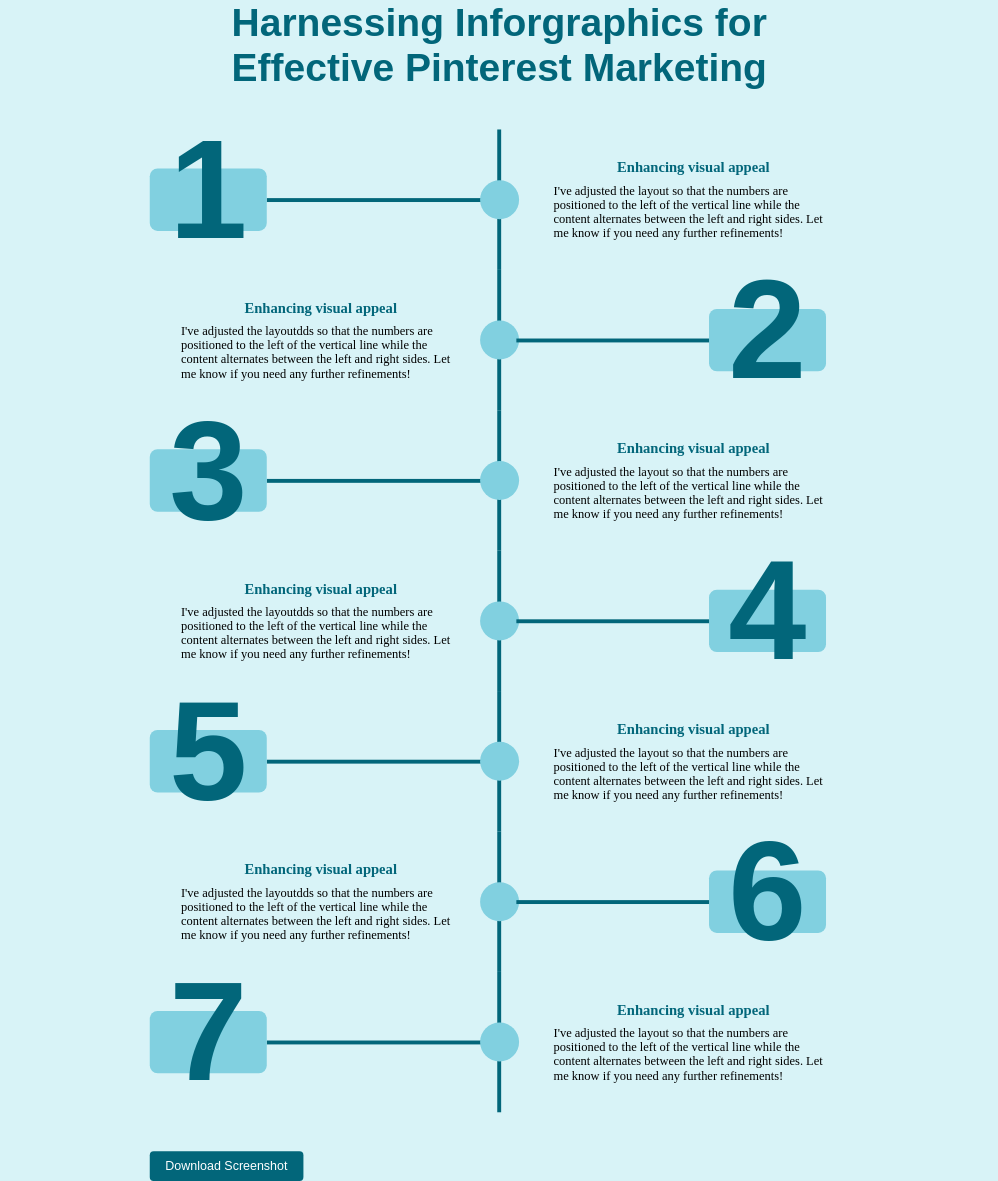
Repository: ayushrajput545/InforGraphic-page
Page: index.html
An editor plug-in stored every save of this project. The page is shown before and after the next save, followed by the edit.
The browser window is 1280 px wide. The pictures show the whole page, at 78% of full size.
Some web fonts or font styles are not loaded; a fallback is used.

Above is the page before, as saved 2025-04-02 00:24:35.

### index.html
<!DOCTYPE html>
<html lang="en">
<head>
    <meta charset="UTF-8">
    <meta name="viewport" content="width=device-width, initial-scale=1.0">
    <link rel="stylesheet" href="style.css">
    <link rel="preconnect" href="https://fonts.googleapis.com">
    <link rel="preconnect" href="https://fonts.gstatic.com" crossorigin>
    <link href="https://fonts.googleapis.com/css2?family=Protest+Riot&display=swap" rel="stylesheet">
</head>
<body>

    <h1 class="header">Harnessing Inforgraphics for Effective Pinterest Marketing</h1>



    <div class="container">

        <!-- Step 1 -->

        <div class="content-steps-odd">
            <div class="overlap">
                <h1 class="steps">1</h1>
            </div>
            <div class="line-horizontal"></div>
            <div class="line-vertical">
                <div class="circle"></div>
            </div>
            <div class="content-right">
                <h3 id="content-header">Enhancing visual appeal</h3>
                <p>I've adjusted the layout so that the numbers are positioned to the left of the vertical line while the content alternates between the left and right sides. Let me know if you need any further refinements!</p>
            </div>
        </div>


        <!-- Step 2 -->
        <div class="content-steps-even">
            <div class="content-right-even">
                <h3 id="content-header">Enhancing visual appeal</h3>
                <p>I've adjusted the layoutdds so that the numbers are positioned to the left of the vertical line while the content alternates between the left and right sides. Let me know if you need any further refinements!</p>
            </div>
             <div class="line-vertical">
                <div class="circle"></div>
            </div>
            <div class="line-horizontal-right"></div>
            <div class="overlap-even">
                <h1 class="steps-even">2</h1>
            </div>
        </div>


        <!-- Step 3 -->
        <div class="content-steps-odd">
            <div class="overlap">
                <h1 class="steps">3</h1>
            </div>
            <div class="line-horizontal"></div>
            <div class="line-vertical">
                <div class="circle"></div>
            </div>
            <div class="content-right">
                <h3 id="content-header">Enhancing visual appeal</h3>
                <p>I've adjusted the layout so that the numbers are positioned to the left of the vertical line while the content alternates between the left and right sides. Let me know if you need any further refinements!</p>
            </div>
        </div>


        <!-- Step 4 -->
        <div class="content-steps-even">
            <div class="content-right-even">
                <h3 id="content-header">Enhancing visual appeal</h3>
                <p>I've adjusted the layoutdds so that the numbers are positioned to the left of the vertical line while the content alternates between the left and right sides. Let me know if you need any further refinements!</p>
            </div>
             <div class="line-vertical">
                <div class="circle"></div>
            </div>
            <div class="line-horizontal-right"></div>
            <div class="overlap-even">
                <h1 class="steps-even">4</h1>
            </div>
        </div>


        <!-- Step 5 -->
        <div class="content-steps-odd">
            <div class="overlap">
                <h1 class="steps">5</h1>
            </div>
            <div class="line-horizontal"></div>
            <div class="line-vertical">
                <div class="circle"></div>
            </div>
            <div class="content-right">
                <h3 id="content-header">Enhancing visual appeal</h3>
                <p>I've adjusted the layout so that the numbers are positioned to the left of the vertical line while the content alternates between the left and right sides. Let me know if you need any further refinements!</p>
            </div>
        </div>


        <!-- Step 6 -->
        <div class="content-steps-even">
            <div class="content-right-even">
                <h3 id="content-header">Enhancing visual appeal</h3>
                <p>I've adjusted the layoutdds so that the numbers are positioned to the left of the vertical line while the content alternates between the left and right sides. Let me know if you need any further refinements!</p>
            </div>
             <div class="line-vertical">
                <div class="circle"></div>
            </div>
            <div class="line-horizontal-right"></div>
            <div class="overlap-even">
                <h1 class="steps-even">6</h1>
            </div>
        </div>



        <!-- Step 7 -->
        <div class="content-steps-odd">
            <div class="overlap">
                <h1 class="steps">7</h1>
            </div>
            <div class="line-horizontal"></div>
            <div class="line-vertical">
                <div class="circle"></div>
            </div>
            <div class="content-right">
                <h3 id="content-header">Enhancing visual appeal</h3>
                <p>I've adjusted the layout so that the numbers are positioned to the left of the vertical line while the content alternates between the left and right sides. Let me know if you need any further refinements!</p>
            </div>
        </div>

        <button class="download-btn">Download Screenshot</button>
    </div>


    <script src="https://unpkg.com/scrollreveal"></script>
    <script src="index.js" ></script>

</body>
</html>

### style.css
*{
    margin: 0;
    padding: 0;
    box-sizing: border-box;
}

body{
    background-color: #d8f3f7;;
}

.header{
    font-family: "Protest Riot", sans-serif;
    text-align: center;
    max-width: 60%;
    margin: auto;
    font-size: 50px;
    font-weight: bold;
    color: #02667a;
}

.container{
    position: relative;
    width: 70%;
    margin: auto;
    margin-top: 100px;
}

.content-steps-odd{
    display: flex;
    align-items: center;
    position: relative;
    margin-bottom: 100px;
}

.overlap{
    background-color: #81d0e0;
    width: 150px;
    height: 80px;
    position: relative;
    z-index: 1;
    display: flex;
    justify-content: center;
    border-radius: 10px;
}

.steps{
    font-family: "Protest Riot", sans-serif;
    font-size: 180px;
    font-weight: bold;
    color: #02667a;
    position: absolute;
    z-index: 2;
    bottom: -50px;
}

.line-horizontal{
    background-color: #02667a;
    width: 35%;
    height: 5px;
    position: relative;
}

.circle {
    width: 50px;
    height: 50px;
    background-color: #81d0e0;
    border-radius: 50%;
    position: absolute;
    left: 50%;
    transform: translate(-50%, -50%);
    top: 90px;
}



.line-vertical {
    width: 5px;
    height: 180px;
    background-color: #02667a;
    position: absolute;
    left: 50%;
    transform: translateX(-50%);

}

.content-right{
    width: 40%;
    position: absolute;
    right: 20px
}

.content-right h3{
    color: #02667a;
    text-align: center;
    margin-bottom: 10px;
}



/* Even */
.content-steps-even{
    display: flex;
    align-items: center;
    position: relative;
    margin-bottom: 100px;
}

.overlap-even{
    background-color: #81d0e0;
    width: 150px;
    height: 80px;
    position: relative;
    left:80%;
    z-index: 1;
    display: flex;
    justify-content: center;
    border-radius: 10px;
}

.steps-even{
    font-family: "Protest Riot", sans-serif;
    font-size: 180px;
    font-weight: bold;
    color: #02667a;
    position: absolute;
    z-index: 2;
    bottom: -50px;

}


.line-horizontal-right {
    background-color: #02667a;
    width: 30%;
    height: 5px;
    position: absolute;
    left: 52.5%;
    transform: translateX(0); /* Starts from the circle */

}

.content-right-even{
    width: 40%;
    position: absolute;
    left: 40px
}

.content-right-even h3{
    color: #02667a;
    text-align: center;
    margin-bottom: 10px;
}

.download-btn {
    /* margin-top: 20px; */
    padding: 10px 20px;
    font-size: 16px;
    color: white;
    background-color: #02667a;
    border: none;
    border-radius: 5px;
    cursor: pointer;

}


@media(width< 921px){
    .header{
        font-size: 40px;
    }

    .line-horizontal{
        width: 30%;

    }
}

@media(width<800px){
    .header{
        font-size: 30px;
    }

    .line-horizontal{
        width: 25%;
    }

    .content-right-even{
        left: 20px;
    }
}

@media(width<700px){

    .container{
        width: 100%;
    }

}

@media(width<514px){
    .header{
        font-size: 20px;
    }

    .overlap{
        width: 100px;
        height:50px
    }

    .steps{
        font-size: 100px;
        bottom: -30px;
    }

    .circle{
        width: 40px;
        height: 40px;
    }

    .line-horizontal{
        width: 28%;
    }


    .overlap-even{
        width: 100px;
        height:50px
    }

    .steps-even{
        font-size: 100px;
        bottom: -30px;
    }

    .content-right{
        font-size: 12px;
        right: 10px;
    }

    .content-right-even{
        font-size: 12px;

    }

}

@media(width<370px){
    .line-horizontal{
        width: 20%;
    }

}

### index.js
ScrollReveal().reveal('.content-steps-odd', {
    distance: '100px',
    origin: 'right',
    duration: 1000,
    delay: 200,
    interval: 300,
    opacity: 0,
    easing: 'ease-in-out'
});

ScrollReveal().reveal('.content-steps-even', {
    distance: '100px',
    origin: 'left',
    duration: 1000,
    delay: 200,
    interval: 300,
    opacity: 0,
    easing: 'ease-in-out'
});

After the next save:
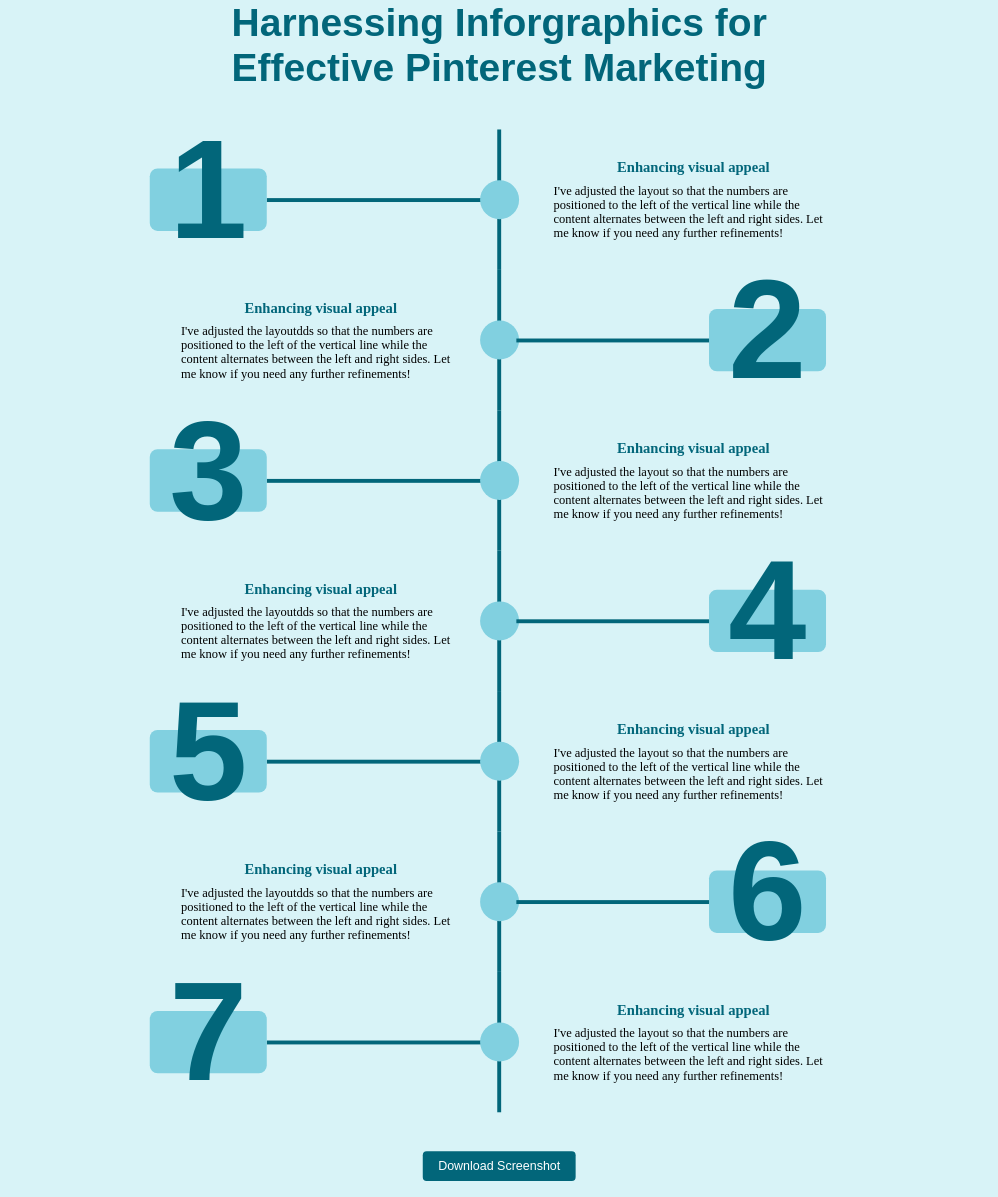
Saved 110 s later.
--- a/style.css
+++ b/style.css
@@ -152,7 +152,8 @@
 }
 
 .download-btn {
-    /* margin-top: 20px; */
+    display: block;           /* Makes it a block element */
+    margin: 20px auto;        /* Centers horizontally */
     padding: 10px 20px;
     font-size: 16px;
     color: white;
@@ -160,8 +161,9 @@
     border: none;
     border-radius: 5px;
     cursor: pointer;
-
-}
+    text-align: center;       /* Ensures text is centered */
+}
+
 
 
 @media(width< 921px){
